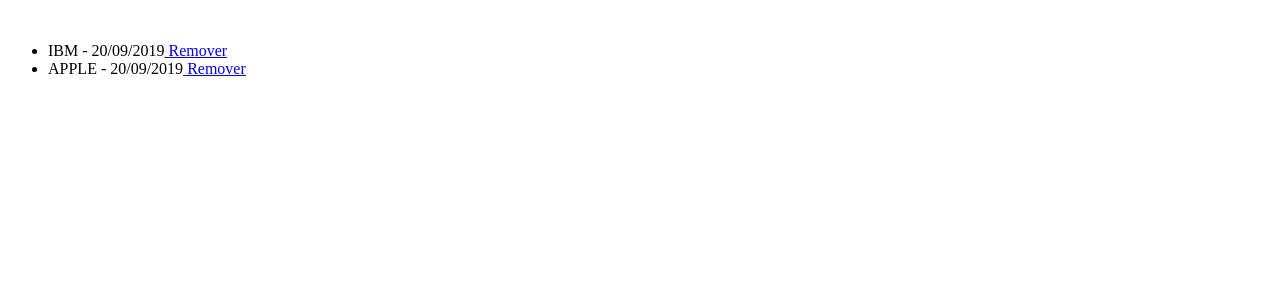
Repository: KaiqueSantos98/alurapic
Page: http://localhost/gerenciador/listaEmpresas
The author's editor kept a copy of each file at every save. The page is drawn from the files as they stood at one save, then again after the next save.
The browser window is 1280 px wide. The pictures show the whole page.
The page is served by Tomcat 9.

Above is the page before, as saved 2019-09-22 02:41:16.

After the next save:
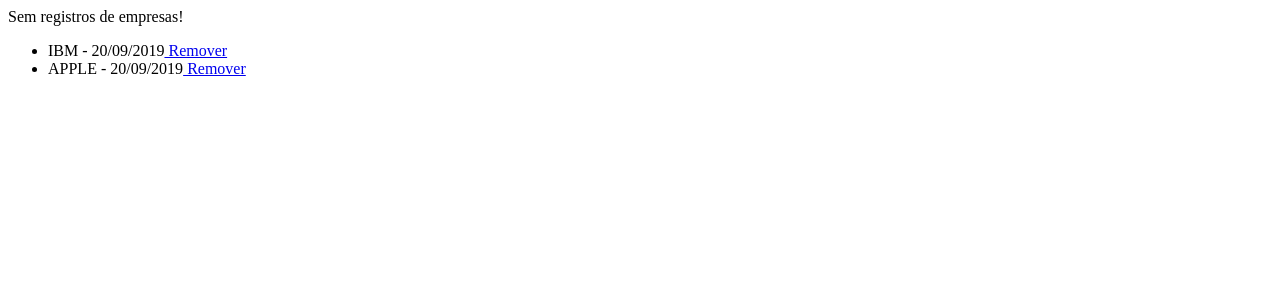
Saved 116 s later.
--- a/project/servlet/gerenciador/WebContent/listaEmpresa.jsp
+++ b/project/servlet/gerenciador/WebContent/listaEmpresa.jsp
@@ -13,6 +13,10 @@
 	<c:if test="${not empty empresa}">
             Empresa ${ empresa } cadastrada com sucesso!
     </c:if>
+
+    <c:if test="${not empty listaEmpresa}">
+		Sem registros de empresas!
+	</c:if>
     <br>
    <ul>
 		<c:forEach items="${listaEmpresa}" var="empresa">

After the save that followed:
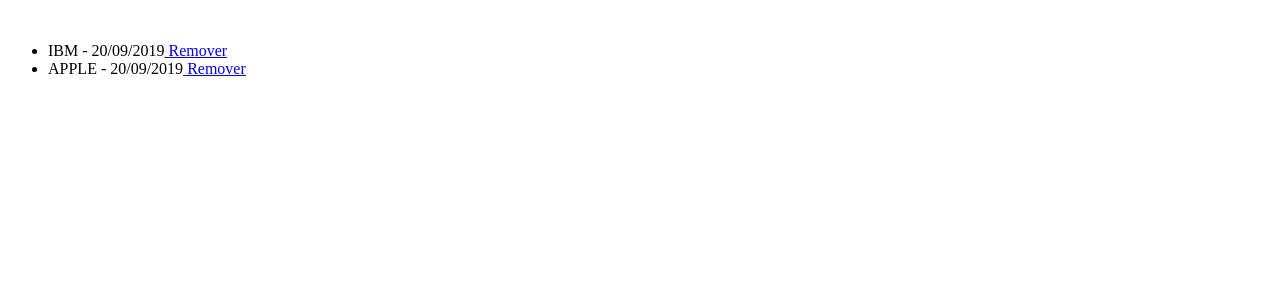
Saved 29 s later.
--- a/project/servlet/gerenciador/WebContent/listaEmpresa.jsp
+++ b/project/servlet/gerenciador/WebContent/listaEmpresa.jsp
@@ -14,7 +14,7 @@
             Empresa ${ empresa } cadastrada com sucesso!
     </c:if>
 
-    <c:if test="${not empty listaEmpresa}">
+    <c:if test="${listaEmpresa eq '0'}">
 		Sem registros de empresas!
 	</c:if>
     <br>
